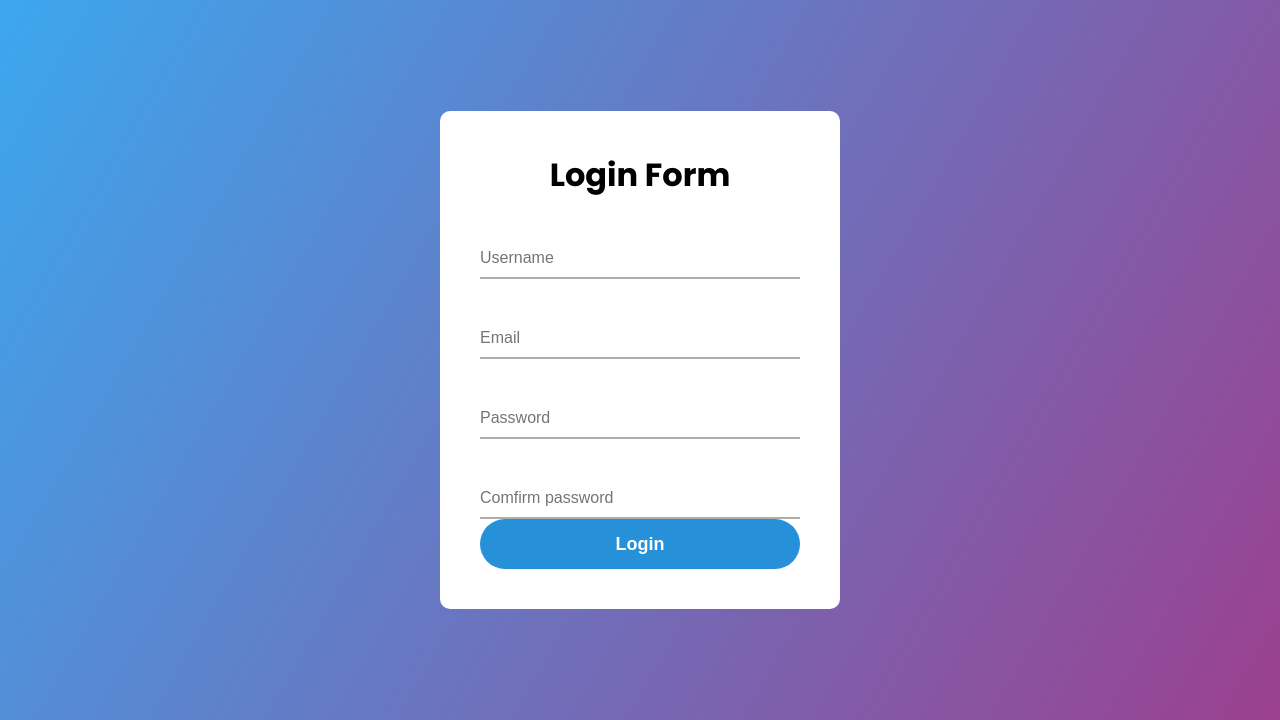
Repository: QUANGTHAI2003/Form-Validation
Page: index.html
The author's editor kept a copy of each file at every save. The page is drawn from the files as they stood at one save, then again after the next save.
The browser window is 1280 px wide. The pictures show the whole page.

Above is the page before, as saved 2022-03-13 14:31:09.

### index.html
<!DOCTYPE html>
<html lang="en">
    <head>
        <meta charset="UTF-8" />
        <meta http-equiv="X-UA-Compatible" content="IE=edge" />
        <meta name="viewport" content="width=device-width, initial-scale=1.0" />
        <title>Document</title>
        <link rel="stylesheet" href="./style.css" />
    </head>
    <body>
        <div class="container">
            <h1>Login Form</h1>
            <div class="form-control">
                <input type="text" placeholder="Username" />
                <small></small>
                <span></span>
            </div>
            <div class="form-control">
                <input type="email" placeholder="Email" />
                <small></small>
                <span></span>
            </div>
            <div class="form-control">
                <input type="password" placeholder="Password" />
                <small></small>
                <span></span>
            </div>
            <div class="form-control">
                <input type="password" placeholder="Comfirm password" />
                <small></small>
                <span></span>
            </div>
            <button type="submit" class="btn-submit">Login</button>
        </div>
        <script src="./app.js"></script>
    </body>
</html>

### style.css
@import url('https://fonts.googleapis.com/css2?family=Poppins:wght@300;400;500;600;700&display=swap');

:root {
    --success-color: #2691d9;
    --error-color: #e74c3c;
}

* {
    margin: 0;
    padding: 0;
    box-sizing: border-box;
}

body {
    height: 100vh;
    background: linear-gradient(120deg, #3ca7ee, #9b408f);
    overflow: hidden;
    font-family: 'Poppins';
    display: flex;
    justify-content: center;
    align-items: center;
}

.container {
    width: 400px;
    border: none;
    border-radius: 10px;
    background: #fff;
    padding: 40px;
}

.container h1 {
    text-align: center;
}

.form-control {
    width: 100%;
    position: relative;
    margin-top: 40px;
}

.form-control input {
    width: 100%;
    height: 40px;
    font-size: 16px;
    border: none;
    outline: none;
    border-bottom: 2px solid #adadad;
}

.form-control span {
    position: absolute;
    border-bottom: 3px solid var(--success-color);
    top: 38px;
    left: 0;
    right: 0;
    width: 0%;
    transition: 0.6s;
}

.form-control input:focus~span {
    width: 100%;
}

.form-control.error small {
    color: var(--error-color);
}

.form-control.error input {
    border-bottom: 2px solid var(--error-color);
}

.btn-submit {
    width: 100%;
    height: 50px;
    border-radius: 25px;
    border: none;
    outline: none;
    background: var(--success-color);
    color: white;
    font-size: 18px;
    font-weight: bold;
}

Loaded but not shown: app.js (no copy from this time; the picture is the same without it)

After the next save:
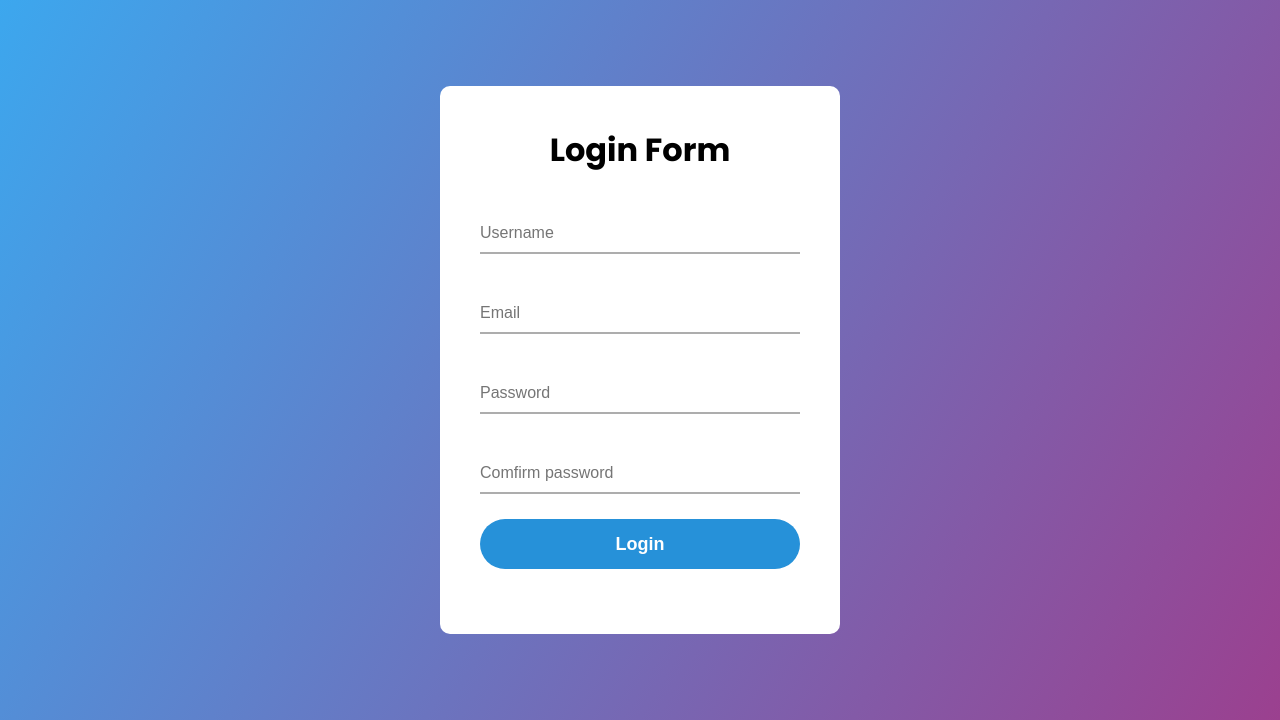
Saved 27 s later.
--- a/style.css
+++ b/style.css
@@ -80,4 +80,5 @@ body {
     color: white;
     font-size: 18px;
     font-weight: bold;
+    margin: 25px 0;
 }
